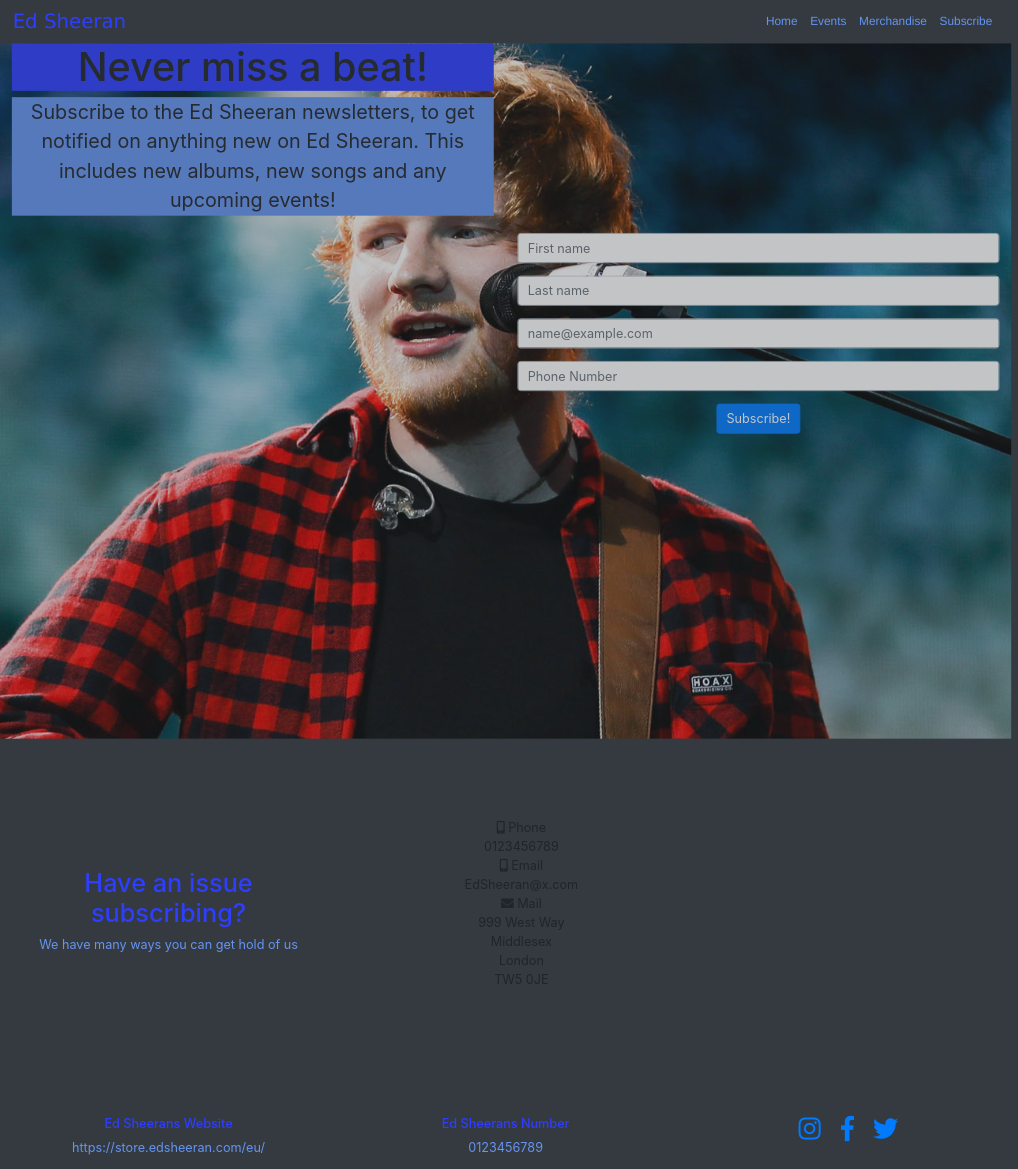
Repository: amit238/milestone-project-1
Page: subscribe.html
The author's editor kept a record of every edit. The page is drawn from the files as they stood at one moment, then again after the next edit.
The browser window is 1280 px wide. The page is 1288 px wide, then 1280 px, so the pictures cover 1288 px, including what lies to the right of the window. The pictures show the whole page, at 79% of full size.
Pictures or frames that could not be fetched are drawn as grey boxes. Some web libraries are served in a nearby version.

Above is the page before.

After the next edit:
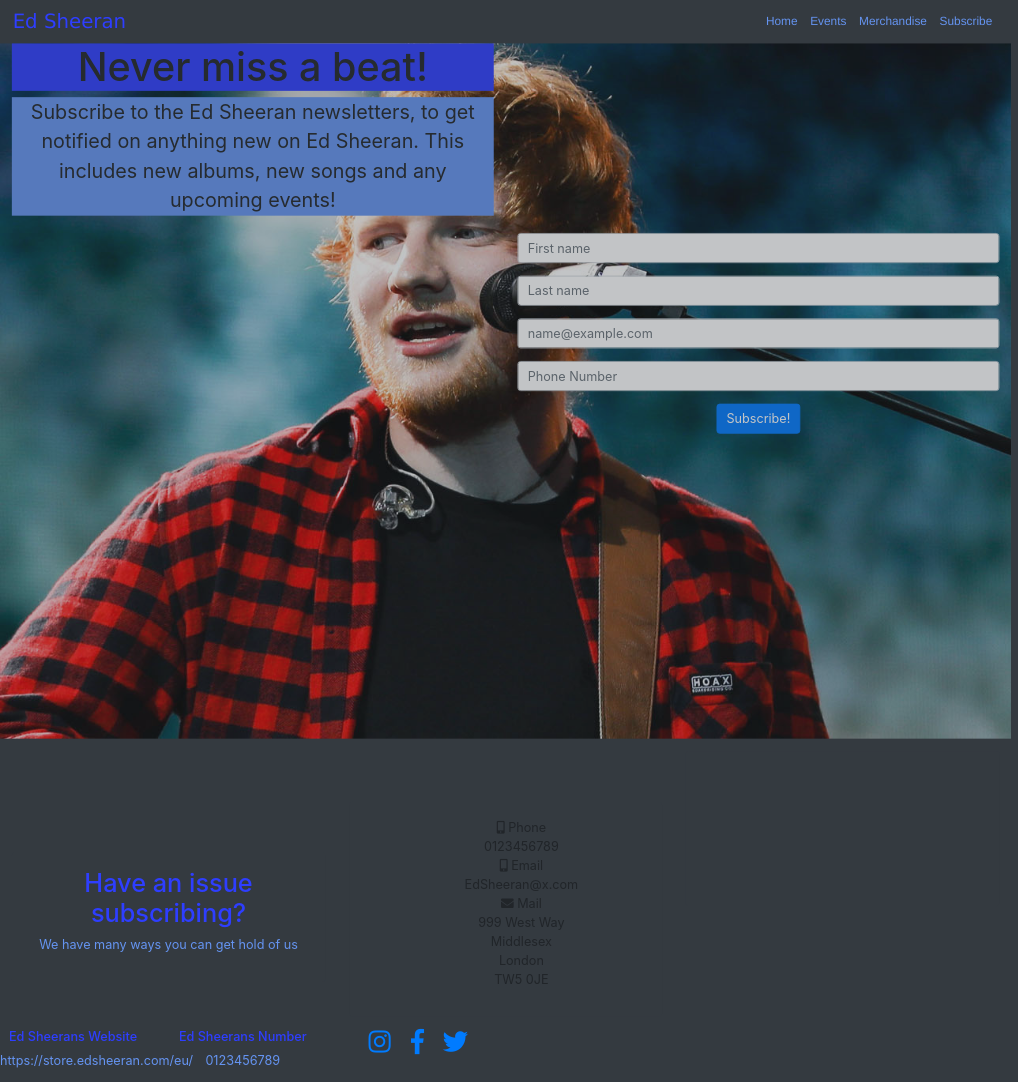
The edit:
--- a/subscribe.html
+++ b/subscribe.html
@@ -73,8 +73,9 @@
       <div class="col-12 col-xl-4">
         <div class="card border-0 sub-card-map">
           <div class="card-body">
+            <div style="">
             <iframe src="https://www.google.com/maps/embed?pb=!1m18!1m12!1m3!1d1242.4398478828675!2d-0.3792974417850457!3d51.478722515402154!2m3!1f0!2f0!3f0!3m2!1i1024!2i768!4f13.1!3m3!1m2!1s0x487672d314a1f8fb%3A0xa3a28ac1fe2c6e26!2sWest%20Way%2C%20Hounslow%20TW5%200JE!5e0!3m2!1sen!2suk!4v1579207009140!5m2!1sen!2suk"
-              width="400" height="400" frameborder="0" style="border:0;" allowfullscreen=""></iframe>
+             frameborder="0" style="border:0;" allowfullscreen=""></iframe>
           </div>
         </div>
       </div>
